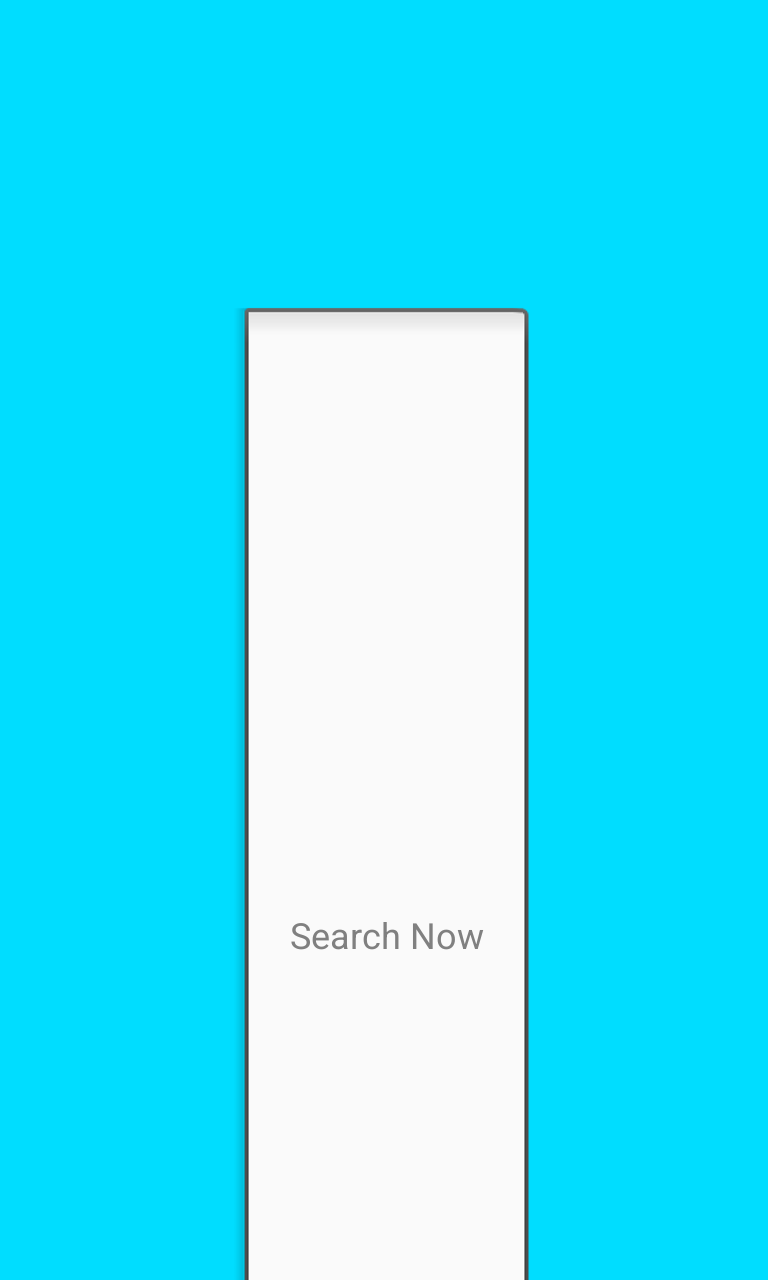
Repository: scottcaruso/Java_I_1307_Week4
Layout: myGov/res/layout/main_screen.xml
The author's editor kept a copy of each file at every save. The layout is drawn from the files as they stood at one save, then again after the next save.
It is drawn on a 768 x 1280 px phone screen (xhdpi) without system bars, with theme AppTheme; the app's code is not run.

Above is the layout before, as saved 2013-08-02 00:43:24.

After the next save:
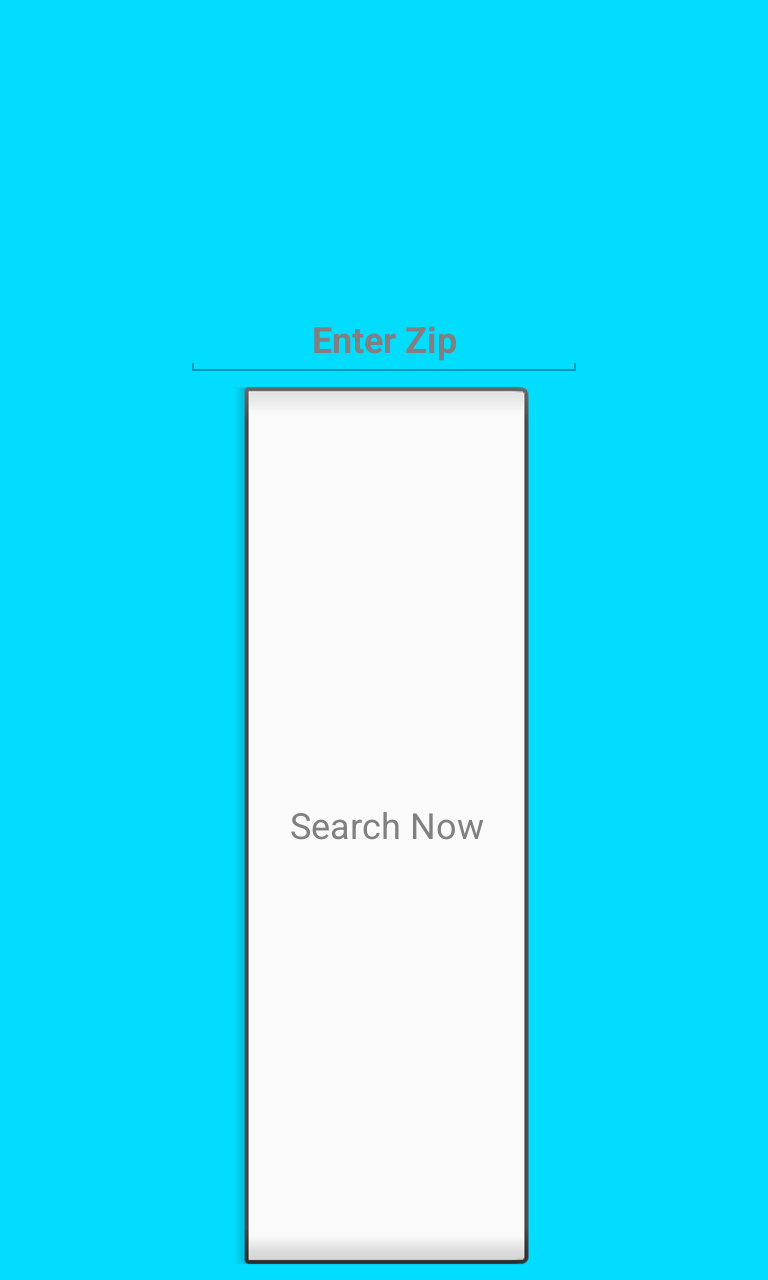
Saved 107 s later.
--- a/myGov/res/layout/main_screen.xml
+++ b/myGov/res/layout/main_screen.xml
@@ -1,6 +1,6 @@
 <?xml version="1.0" encoding="utf-8"?>
 <LinearLayout xmlns:android="http://schemas.android.com/apk/res/android"
-    android:layout_width="wrap_content"
+    android:layout_width="match_parent"
     android:layout_height="wrap_content"
     android:layout_gravity="center_horizontal"
     android:background="#00ddff"
@@ -9,15 +9,14 @@
     <EditText
         android:id="@+id/zipcodeentry"
         android:layout_width="200dp"
-        android:layout_height="0dp"
+        android:layout_height="wrap_content"
         android:layout_gravity="center"
         android:layout_marginTop="150dp"
-        android:layout_weight="1"
         android:gravity="center"
         android:hint="@string/enter_zip"
         android:inputType="number"
-        android:textStyle="bold"
-        android:maxLength="5" />
+        android:maxLength="5"
+        android:textStyle="bold" />
 
     <Button
         android:id="@+id/dosearchnow"
@@ -37,4 +36,12 @@
         android:gravity="center"
         android:hint="@string/view_saved_politicians" />
 
+    <ImageView
+        android:id="@+id/imageView1"
+        android:layout_width="wrap_content"
+        android:layout_height="0dp"
+        android:layout_gravity="top"
+        android:layout_weight="1"
+        android:src="@drawable/mygov_logo" />
+
 </LinearLayout>
